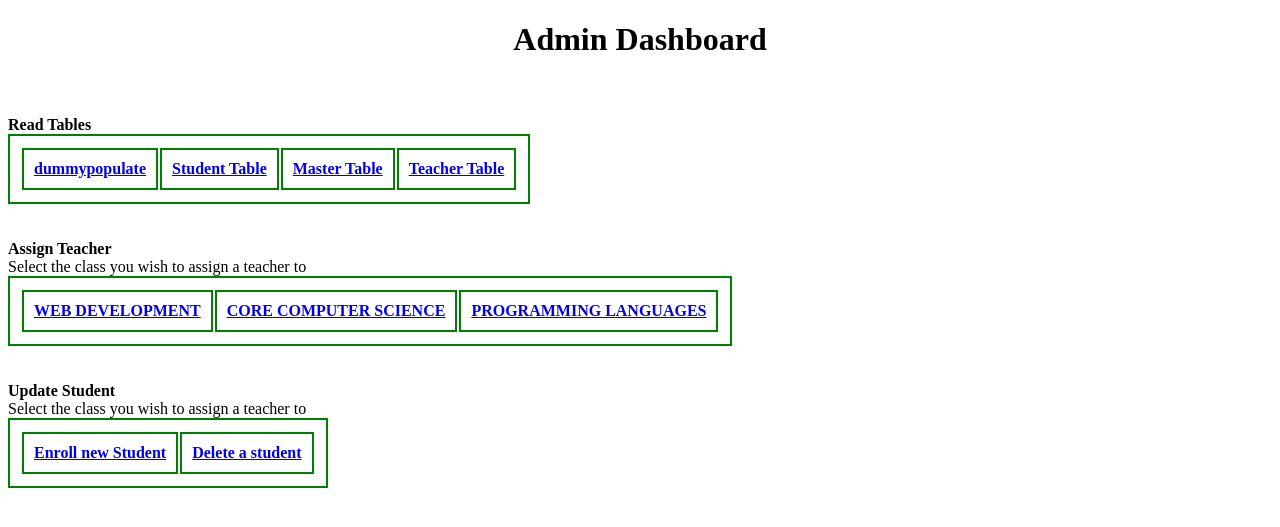
Repository: PrassanAchhaiyya/LearnersAcademy
Page: LearnersAcademy/src/main/webapp/index.html
The author's editor kept a copy of each file at every save. The page is drawn from the files as they stood at one save, then again after the next save.
The browser window is 1280 px wide. The pictures show the whole page.

Above is the page before, as saved 2022-04-28 11:58:27.

After the next save:
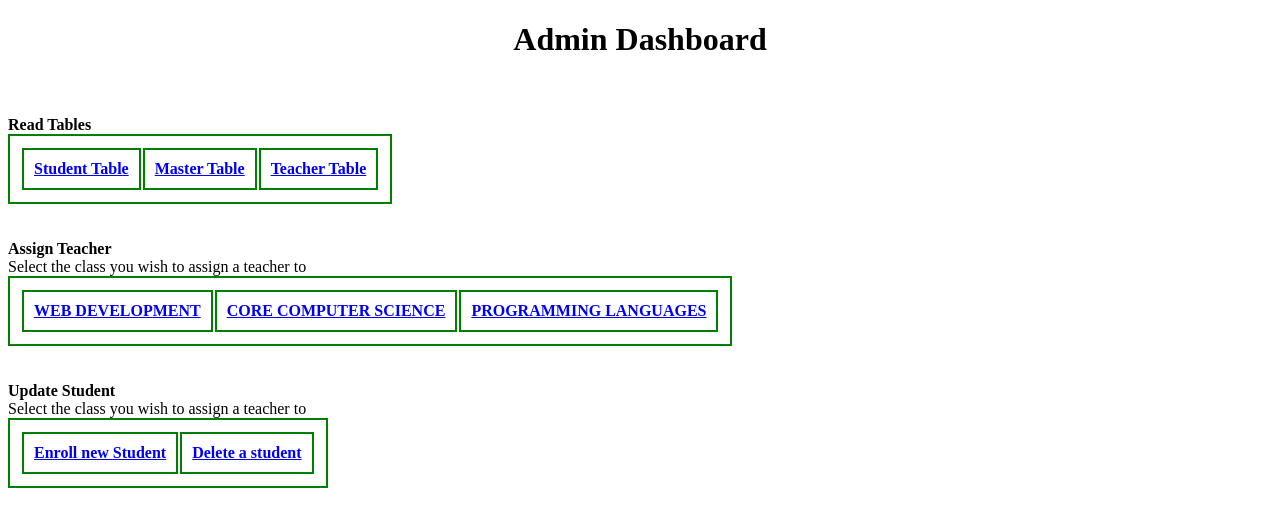
Saved 87 s later.
--- a/LearnersAcademy/src/main/webapp/index.html
+++ b/LearnersAcademy/src/main/webapp/index.html
@@ -13,7 +13,6 @@
 <br>
 <table>
 <tr>
-<th><a href="dummy-populate" >dummypopulate</a></th>
 <th><a href="read-student-table" >Student Table</a></th>
 <th><a href="read-master-table">Master Table</a></th>
 <th><a href="read-teacher-table">Teacher Table</a></th>
